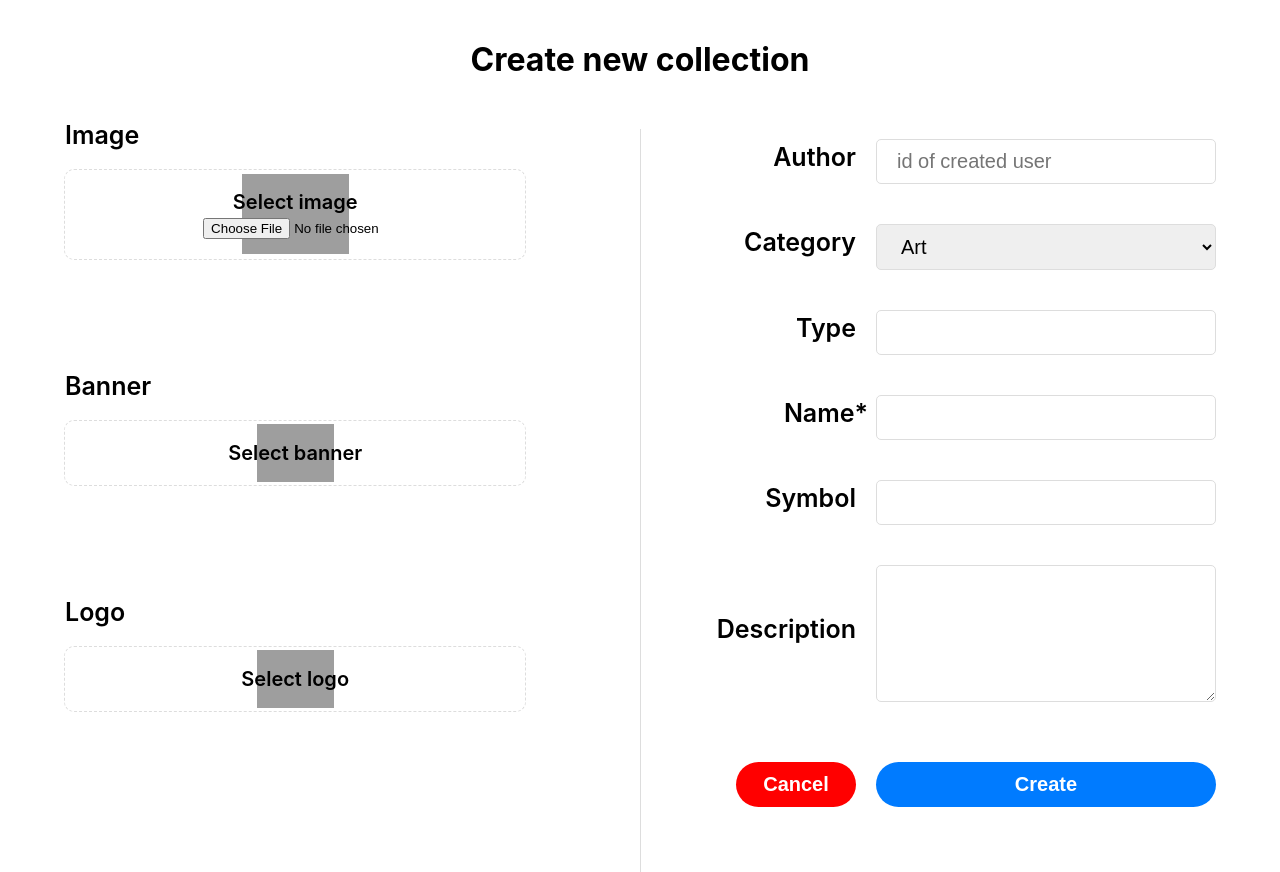
Repository: superHotBob/admin_nftillion
Page: /createcollection
The author's editor kept a copy of each file at every save. The page is drawn from the files as they stood at one save, then again after the next save.
The browser window is 1280 px wide. The pictures show the whole page.
Pictures or frames that could not be fetched are drawn as grey boxes. The project was rebuilt for these pictures with package versions that can differ from the ones it lists, and the page was loaded fresh each time. Also part of the build but not shown: src/components/Login/styles.scss, src/components/Login/index.js, src/components/NavPanel/styles.scss, src/components/NavPanel/index.js, src/components/Users/index.js, src/components/Collections/index.js, src/components/Categories/index.js, src/components/PremintedCollections/index.js and 1 more.

Above is the page before, as saved 2022-04-30 18:01:03.

### src/index.js
import React from "react";
import ReactDOM from "react-dom/client";
import "./index.css";
import { BrowserRouter } from "react-router-dom";
import "./index.css";
import App from "./App";

import reportWebVitals from "./reportWebVitals";

const root = ReactDOM.createRoot(document.getElementById("root"));
root.render(
  <React.StrictMode>
    <BrowserRouter>
      <App />
    </BrowserRouter>
  </React.StrictMode>
);

// If you want to start measuring performance in your app, pass a function
// to log results (for example: reportWebVitals(console.log))
// or send to an analytics endpoint. Learn more: https://bit.ly/CRA-vitals
reportWebVitals();

### src/App.js
import * as React from "react";
import { Routes, Route } from "react-router-dom";
import { LogIn } from "./components/Login";
import { Users } from "./components/Users";
import './App.css';
import { Collections } from "./components/Collections";
import { Categories } from "./components/Categories";
import { Create } from "./components/CreateCollection";
import { PremintedCollections } from "./components/PremintedCollections";
import { CreateCategories } from "./components/CreateCategories";

function App() {
  return (
    <div className="App">
    <Routes>
        <Route path="/" element={<LogIn />} />
        <Route path="users" element={<Users />} />
        <Route path="collections" element={<Collections />} />
        <Route path="categories" element={<Categories />} />
        <Route path="premintedcollections" element={<PremintedCollections />} />
        <Route path="createcollection" element={<Create />} />
        <Route path="createcategory" element={<CreateCategories />} />
      </Routes>
    </div>
  );
}

export default App;

### src/App.css
.App {
  text-align: center;
}
body {
  background-color: linear-gradient(0deg, rgba(29, 0, 126, 0.87), rgba(29, 0, 126, 0.87)), linear-gradient(180deg, #312293 0%, rgba(177, 70, 193, 0) 100%)
}
@import url('https://fonts.googleapis.com/css2?family=Public+Sans:wght@400;500&family=Roboto:ital,wght@0,500;1,400&display=swap');
.App-logo {
  height: 40vmin;
  pointer-events: none;
}

@media (prefers-reduced-motion: no-preference) {
  .App-logo {
    animation: App-logo-spin infinite 20s linear;
  }
}

### src/components/CreateCollection/index.js
import * as React from "react";
import { Link } from "react-router-dom";
import { useForm } from "react-hook-form";

import "./styles.scss";

export const Create = () => {
  // const [author, setAuthor] = React.useState("");
  // const [category, setCategory] = React.useState("");
  // const [type, setType] = React.useState("");
  // const [nameCollection, setNameCollection] = React.useState("");
  // const [symbol, setSymbol] = React.useState("");
  // const [description, setDescription] = React.useState("");

  const [imageCollection, selectImageCollection] = React.useState();
  const [bannerCollection, selectBannerCollection] = React.useState();
  const [logoCollection, selectLogoCollection] = React.useState();

  const {
    register,
    handleSubmit,
    formState: { errors },
  } = useForm();

  const viewImage = async (event) => {
    let file = event.target.files[0];



    const reader = new FileReader();
    reader.onloadend = function () {
      selectImageCollection(reader.result);
    };
    reader.readAsDataURL(file);
  };
  const viewBanner = async (event) => {
    let file = event.target.files[0];
    // selectBannerCollection(file)
    const reader = new FileReader();
    reader.onloadend = function () {
      selectBannerCollection(reader.result);
    };
    reader.readAsDataURL(file);
  };
  const viewLogo = async (event) => {
    let file = event.target.files[0];
   //selectLogoCollection(file)
    const reader = new FileReader();
    reader.onloadend = function () {
     selectLogoCollection(reader.result);
     };
    reader.readAsDataURL(file);
  };
  async function onSubmit(data) {
    const form = new FormData();
    const metadata = {
      name: data.nameCollection,
      symbol: data.symbol,
      description: data.description,
    };
     form.append("author", data.author);
    form.append("type", data.type);
    form.append("category", data.Category);
    form.append("metadata", JSON.stringify(metadata));
    form.append("file", data.file[0]);
    form.append("logo", data.banner[0]);
    form.append("banner", data.logo[0]);

   console.log(data.image[0])
   const res =  await fetch("http://localhost:5000/upload-file", {
      method: 'post',
      body: {'data':form},
       headers: {
        'Content-Type':'application/json',
      //  "Content-Type": "multipart/form-data",
      //   // 'Authorization': `Bearer ${localStorage.getItem("accessToken")}`,
      },
    }).then((res) => res.json());

    alert(JSON.stringify(`${res.message}, status: ${res.status}`));
  }
  return (
    <>
      <h1 className="header">Create new collection</h1>
      <form
        onSubmit={handleSubmit(onSubmit)}
        className="main_block_create"

      >
        <div className="image_block" style={{ marginTop: 40 }}>
          <div
            className="image"
            style={{
              height: imageCollection ? "300px" : "auto",
              background: `url(${imageCollection}) center / auto 90% no-repeat`,
            }}
          >
            {imageCollection && (
              <img
                src="/icon_close.png"
                alt="close"
                height={25}
                width={25}
                style={{ float: "right", margin: 10, cursor: "pointer" }}
                onClick={() => selectImageCollection()}
              />
            )}
            {!imageCollection && (
              <label>
                Select image
                <input type="file" {...register("file")}

                  // style={{ display: "none" }}

                  // accept="image/png, image/gif, image/webp, image/jpeg, video/mp4,audio/mp3"

                />
              </label>
            )}
          </div>
          <div
            className="banner"
            style={{
              height: bannerCollection ? "300px" : "auto",
              background: `url(${bannerCollection}) center / auto 90% no-repeat`,
            }}
          >
            {" "}
            {bannerCollection && (
              <img
                src="/icon_close.png"
                alt="close"
                height={25}
                width={25}
                style={{ float: "right", margin: 10, cursor: "pointer" }}
                onClick={() => selectBannerCollection()}
              />
            )}
            {!bannerCollection && (
              <label>
                Select banner
                <input
                  type="file"
                  style={{ display: "none" }}
                  {...register("banner",{onChange:(e) => viewBanner(e)})}
                  accept="image/png, image/gif, image/webp, image/jpeg, video/mp4,audio/mp3"

                />
              </label>
            )}
          </div>
          <div
            className="logo"
            style={{
              height: logoCollection ? "50px" : "auto",
              background: `url(${logoCollection}) center / auto 90% no-repeat`,
            }}
          >
            {" "}
            {logoCollection && (
              <img
                src="/icon_close.png"
                alt="close"
                height={25}
                width={25}
                style={{ float: "right", margin: 10, cursor: "pointer" }}
                onClick={() => selectLogoCollection()}
              />
            )}
            {!logoCollection && (
              <label>
                Select logo
                <input
                  type="file"
                  style={{ display: "none" }}
                  {...register("logo",{onChange:(e) => viewLogo(e)})}
                  accept="image/png, image/gif, image/webp, image/jpeg, video/mp4,audio/mp3"

                />
              </label>
            )}
          </div>
        </div>
        <div className="data_block">
          <label>
            Author
            <input
              type="text"
              pattern="[0-9]+"
              placeholder="id of created user"
              name="author"
              // value={author}
              {...register("author")}
              // onChange={(e) => setAuthor(e.target.value)}
            />
          </label>
          <label>
            Category
            <select {...register("Category")}>
        <option value="Art">Art</option>
        <option value="Music"> Music</option>
        <option value="Sports"> Sports</option>
      </select>
          </label>
          <label>
            Type
            <input
              type="text"
              name="type"
              pattern="[0-9]+"
              // value={type}
              {...register("type")}
              // onChange={(e) => setType(e.target.value)}
            />
          </label>
          <label>
            Name*
            <input
              type="text"
              name="name"
              required
              style={{ marginLeft: 8 }}
              // value={nameCollection}
              {...register("nameCollection")}
              // onChange={(e) => setNameCollection(e.target.value)}
            />
          </label>
          <label>
            Symbol
            <input
              type="text"
              name="symbol"
              // value={symbol}
              {...register("symbol")}
              // onChange={(e) => setSymbol(e.target.value)}
            />
          </label>
          <label>
            Description
            <textarea
              rows={5}
              name="description"
              // value={description}
              {...register("description")}
              // onChange={(e) => setDescription(e.target.value)}
            />
          </label>
          <label>
            <Link to="/premintedcollections">
              <button className="cancel">Cancel</button>
            </Link>
            <button type="submit">Create</button>
          </label>
        </div>
      </form>
    </>
  );
};

### src/components/Users/styles.scss
.header {
  color: #000;
  padding: 20px 50px;
  margin: 0;
  border-bottom: 1px solid black;
  text-align: center;
}
.header_users {
  margin: 0;
  color:#fff;
  font: 400 30px/100px 'Roboto', sans-serif ;


}
.mainblockuser, .header_users {

  background: rgba(29, 0, 126);
}
header,
.data {
  display: flex;
  box-sizing: border-box;
  justify-content: space-between;
  font-size: 20px;
  border-top: 1px solid #E3E5E5;
  margin: 0 auto;
  background-color: #fff;
  text-align: center;
  align-items: center;
  span,
  label {
    width: 12%;
    display: inline-block;
  }
}
section {
  width: 1240px;
  margin: 0 auto;
  padding: 0 20px;
  box-sizing: border-box;
  background-color: #fff;
}
header {
  border: none;
  width: 1240px;
  font: 600 16px/24px 'Public Sans', sans-serif;
  padding: 20px;
}
header span:first-of-type {
  text-align: left;
}
.block_view {
  position: fixed;
  top: 20vh;
  padding: 20px;
  right: 40vw;
  width: 20vw;
  height: auto;
  transition: all 0.5s;
  background-color: #fff;
  box-shadow: 0 0px 8px 0px rgba(34, 60, 80, 0.2);
}
.block_hide {
  position: fixed;
  top: 20vh;
  transition: all 0.5s;
  right: 40vw;
  opacity: 0;
  overflow: hidden;
  width: 20vw;
  height: auto;
  background-color: #fff;
  box-shadow: 0 0px 8px 0px rgba(34, 60, 80, 0.2);
}
button {
  height: 45px;
  width: 65%;
  font-size: 20px;
  border-radius: 30px;
  cursor: pointer;
  font-weight: 600;
  color: #fff;
  border: none;
  outline: none;
}
button:first-of-type {
  background-color: red;
  width: 30%;
}
button:last-of-type {
  background-color: #007bff;
}
button:hover {
  opacity: 0.7;
  border-color: rgba(200, 255, 255, 1);
}
.block_button {
  display: flex;
  margin-top: 30px;
  justify-content: space-around;
}
.data_edit {
  span {
    display: block;
    font-size: 20px;
    margin: 20px;
  }
}
.header_edit {
  padding-bottom: 30px;
  font-size: 25px;
  border-bottom: 1px solid #000;
}

input[type="checkbox"] {
  width: 25px;
  height: 25px;
  margin: 0 20px;
}
textarea {
  width: 90%;
  padding: 10px 20px;
  outline: none;
  font-size: 20px;
  display: block;
}
span:first-of-type {
  font: 500 20px/25px 'Roboto' , sans-serif;
  text-align: left;
}
b {
  font-size: 30px;
  margin: 0 10px 30px;
  display: block;
}
span img {
  margin-left: 0;
  vertical-align: middle;
  opacity: 0;
  padding: 3px;
  float: right;
  border: 1px solid white;
}
span:hover img {
  opacity: 1;
  cursor: pointer;
}
img:active {
  border: 1px solid blue;
}

@media screen and (max-width: 1450px){
      .data span,header{
        font-size: 16px;
      }
      p.data {
        padding: 10px 0;
      }
     .data span:first-of-type {
       font-size: 13px;
     }

}
@media screen and (max-width: 550px){
  .header_users {
    padding: 0;
    margin: 0;
  }
  .mainblockuser {
    width: 100vw;
    overflow: scroll;
  }
  header,.data {
    width: 1000px;
  }
  .block_view {
    width: 84vw;
    left: 10px;
  }
  p.data {
    padding: 5px 0;
  }

}

### src/components/Collections/styles.scss
.data {
    padding: 20px 0;
    margin: 0;
}
.right_block_view {
    position: fixed;
    top: 0;
    padding: 20px;
    right: 0;
    width: 400px;
    height: 100vw;
    transition: all 0.5s;
    background-color: #fff;
    box-shadow: -7px 0px 8px 0px rgba(34, 60, 80, 0.2);
}
.right_block_hide {
    position: fixed;
    top: 0;
    transition: all 0.5s;
    right: -401px;
    width: 400px;
    height: 100vw;
    background-color: #fff;
    box-shadow: -7px 0px 8px 0px rgba(34, 60, 80, 0.2);
}
button {
    height: 45px;
    width: 65%;
    font-size: 20px;
    border-radius: 30px;
    cursor: pointer;
    font-weight: 600;
    color: #fff;
    border: none;
    outline: none;

}
button:first-of-type {
    background-color: red;
    width: 30%;
}
button:last-of-type {
    background-color: #007bff;
}
button:hover {
    opacity: 0.7;
    border-color: #f9f9ff;

}
.block_button {
    display: flex;
    margin-top: 30px;
    justify-content: space-around;
}
.data_edit {
    span {
        display: block;
        font-size: 18px;
        margin: 20px 0;
    }
}
.header_edit {
    padding-bottom:  30px;
    font-size: 25px;
    border-bottom: 1px solid #000;
}

input[type='checkbox'] {
    width: 25px;
    height: 25px;
    margin: 0 20px;
}

### src/components/Categories/styles.scss
.main_categories {
  b {
    width: 30%;
    padding: 0 20px 10px;
    line-height: 35px;
    border: 1px solid #ddd;
    margin: 40px auto 0;
    font-weight: 400;
    color: #fff;
    background-color: red;
  }
  .image {
    display: inline-block;
    height: 70px;
    background-position: center;
    background-repeat: no-repeat;
    background-size: cover;
  }
  .data:hover {
    background-color: #ddd;
    cursor: pointer;
  }
}
a {
  text-decoration: none;
}
@media screen and (max-width: 550px) {
  .mainblock_categories .data,
  .mainblock_categories .header_categories {
    width: 100vw;
  }
  .data_categories .data, .header_categories {
    width: 100%;
  }
  .main_categories b {
    width: 80%;
    margin: 0 auto;
  }
  .mobile span {
    width: 22%;
  }
  .header {
    margin: 0;
  }
}

### src/components/CreateCollection/styles.scss
.main_block_create {
  display: flex;
  justify-content: space-between;
  width: 70vw;
  margin: 0 auto;

  .image_block {
    width: 50%;
    height: auto;
    .image,
    .banner,
    .logo {
      width: 80%;
      height: auto;
      border-radius: 10px;
      margin-bottom: 160px;
      border: 1px dashed #ddd;
      position: relative;
    }
    *::before {
      position: absolute;
      top: -50px;
      left: 0;
      font-size: 25px;
      font-weight: 600;
    }
    .image::before {
      content: "Image";
    }
    .logo::before {
      content: "Logo";
    }
    .banner::before {
      content: "Banner";
    }
    label {
      font-size: 20px;
      font-weight: 600;
      margin: 20px auto;
      width: 40%;
      display: block;
      cursor: pointer;
    }
  }
  .data_block {
    width: 50%;
    height: auto;
    border-left: 1px solid #ddd;
    label,
    legend {
      display: flex;
      justify-content: right;
      font-size: 25px;
      margin: 0 auto 30px;
      width: 100%;
      align-items: center;
      text-align: left;
      font-weight: 600;
      input,
      textarea,
      select {
        display: block;
        border-radius: 5px;
        box-sizing: border-box;
        padding: 10px 20px;
        border: 1px solid #ddd;
        width: 340px;
        font-size: 20px;
        margin: 10px 0 0 20px;
        outline: none;
      }
    }
    .buttons {
      display: flex;
      justify-content: right;
      text-align: right;
    }
    button {
      width: 340px;
      margin-top: 30px;
    }
    .cancel {
      width: 120px;
      margin-right: 20px;
      background-color: red;
    }
  }
}
.header {
  margin: 20px 0 30px;
  border: none;
}
@media screen and (max-width: 1300px) {
  .main_block_create {
    width: 90%;
  }
}
@media screen and (max-width: 550px) {
  .header {
    font-size: 25px;
  }
  .main_block_create {
    display: flex;
    justify-content: space-between;
    flex-direction: column;
    width: 100vw;
    margin: 0 auto;

    .image_block,
    .data_block {
      width: 100vw;
    }
    .image_block .image,
    .image_block .banner,
    .image_block .logo {
      width: 95%;
      margin: 0 auto 50px;
    }
    .data_block label {
      font-size: 16px;
      width: 98%;
      input,
      textarea {
        width: 250px;
        margin-right: 10px;
      }
    }
  }
}

### src/components/PremintedCollections/styles.scss
.main_categories {
  b {
    width: 30%;
    padding: 0 20px 10px;
    line-height: 35px;
    border: 1px solid #ddd;
    margin: 40px auto 0;
    font-weight: 400;
    color: #fff;
    background-color: red;
  }
  .image {
    display: inline-block;
    height: 70px;
    background-position: center;
    background-repeat: no-repeat;
    background-size: cover;
  }
  .data:hover {
    background-color: #ddd;
    cursor: pointer;
  }
}
a {
  text-decoration: none;
}
@media screen and (max-width: 550px) {
  .mainblock_categories .data,
  .mainblock_categories .header_categories {
    width: 100%;
  }
  .main_categories b {
    width: 80%;
  }
  .mobile span {
    width: 22%;
  }
}

### src/components/CreateCategories/styles.scss
.create_category {
  display: flex;
  justify-content: space-between;
  flex-direction: column;
  width: 50vw;
  margin: 0 auto;
    .image {
      width: 80%;
      height: auto;
      border-radius: 10px;
      margin: 0 auto 160px;
      border: 1px dashed #ddd;
      position: relative;
    }
    *::before {
      position: absolute;
      top: -50px;
      left: 0;
      font-size: 25px;
      font-weight: 600;
    }
    .image::before {
      content: "Image";
    }

    label {
      font-size: 20px;
      font-weight: 600;
      margin: 20px auto;
      width: 40%;
      display: block;
      cursor: pointer;
    }

    label,
    legend {
      display: flex;
      justify-content: center;
      font-size: 25px;
      margin: 0 auto 30px;
      width: 100%;
      align-items: center;
      text-align: left;
      font-weight: 600;
      input,
      textarea {
        display: block;
        border-radius: 5px;
        box-sizing: border-box;
        padding: 10px 20px;
        border: 1px solid #ddd;
        width: 340px;
        font-size: 20px;
        margin: 10px 0 0 20px;
        outline: none;
      }
    }
    .buttons {
      display: flex;
      justify-content: right;
      text-align: right;
    }
    button {
      width: 340px;
      margin-top: 30px;
    }
    .cancel {
      width: 120px;
      margin-right: 20px;
      background-color: red;
    }

}
.header {
  margin: 20px 0 30px;
  border: none;
}
@media screen and (max-width: 1300px) {
  .main_block_create {
    width: 90%;
  }
}
@media screen and (max-width: 550px) {
  .header {
    font-size: 25px;
  }
  .create_category {
    display: flex;
    justify-content: space-between;
    flex-direction: column;
    width: 100vw;
    margin: 0 auto;

    .image_block,
    .data_block {
      width: 100vw;
    }
    .image {
      width: 95%;
      margin: 0 auto 50px;
    }
     label {
      font-size: 16px;
      width: 90%;
      justify-content: right;
      input,
      textarea {
        width: 250px;
        margin-right: 10px;
      }
    }
  }
}

Loaded but not shown: public/index.html (common file); src/index.css (common file); src/reportWebVitals.js (common file)

After the next save:
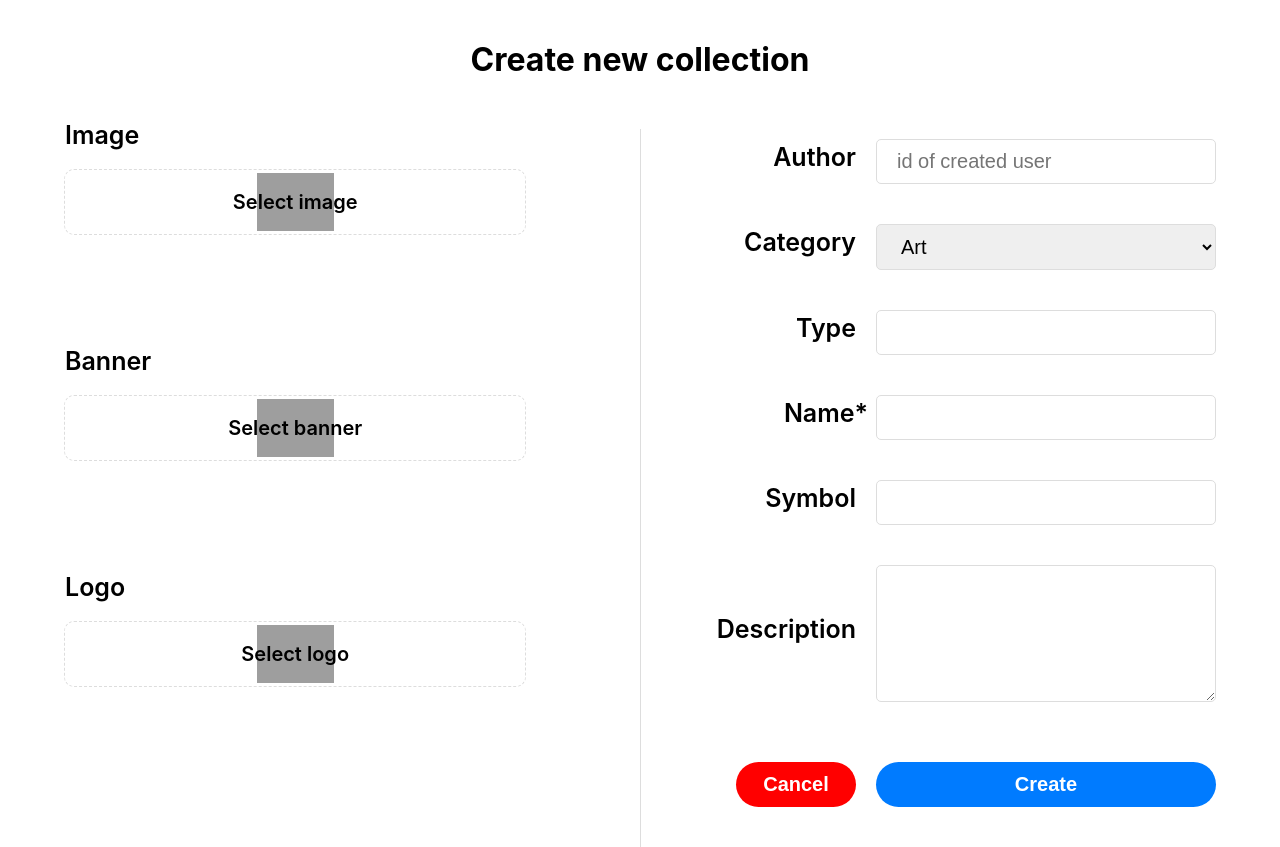
Saved 65 s later.
--- a/src/components/CreateCollection/index.js
+++ b/src/components/CreateCollection/index.js
@@ -110,9 +110,9 @@ export const Create = () => {
                 Select image
                 <input type="file" {...register("file")}
 
-                  // style={{ display: "none" }}
-
-                  // accept="image/png, image/gif, image/webp, image/jpeg, video/mp4,audio/mp3"
+                  style={{ display: "none" }}
+
+               accept="image/png, image/gif, image/webp, image/jpeg, video/mp4,audio/mp3"
 
                 />
               </label>
